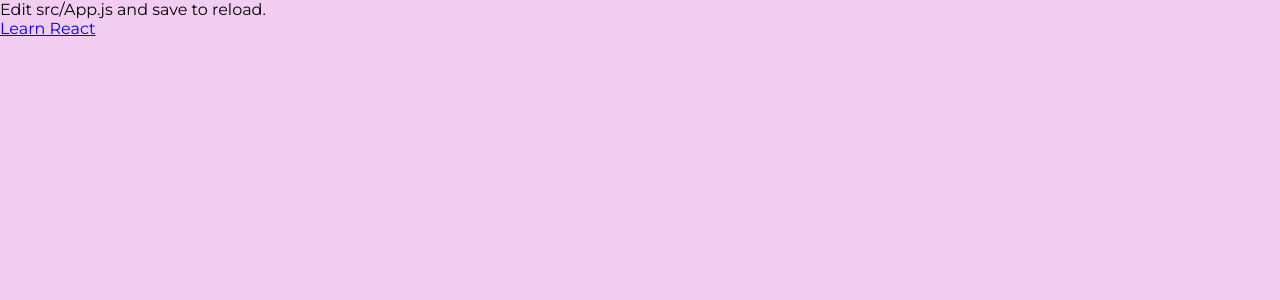
Repository: Gab23Oli/Projeto-de-Conclus-o---Shopping-Cart
Page: /
The author's editor kept a copy of each file at every save. The page is drawn from the files as they stood at one save, then again after the next save.
The browser window is 1280 px wide. The pictures show the whole page.
The project was rebuilt for these pictures with package versions that can differ from the ones it lists, and the page was loaded fresh each time.

Above is the page before, as saved 2024-01-25 12:20:47.

### public/index.html
<!DOCTYPE html>
<html lang="en">
  <head>
    <meta charset="utf-8" />
    <meta name="viewport" content="width=device-width, initial-scale=1" />
    <title>Shopping Cart</title>
  </head>
  <body>
    <noscript>You need to enable JavaScript to run this app.</noscript>
    <div id="root"></div>
  </body>
</html>

### src/index.css
@import url('https://fonts.googleapis.com/css2?family=Montserrat:ital,wght@0,100;0,200;0,300;0,400;0,500;0,600;0,700;0,800;0,900;1,100;1,200;1,300;1,400;1,500;1,600;1,700;1,800;1,900&display=swap');

* {
  margin: 0;
  padding: 0;
  box-sizing: border-box;
  font-family: "Montserrat", sans-serif;
}

body {
  background-color: #ebeb ;
}

Loaded but not shown: src/index.js (common file); src/App.js (common file)

After the next save:
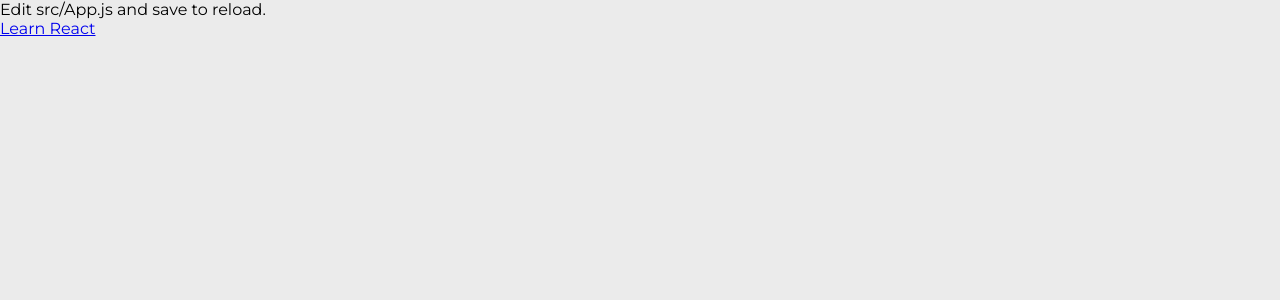
Saved 14 s later.
--- a/src/index.css
+++ b/src/index.css
@@ -8,5 +8,5 @@
 }
 
 body {
-  background-color: #ebeb ;
+  background-color: #ebebeb ;
 }
